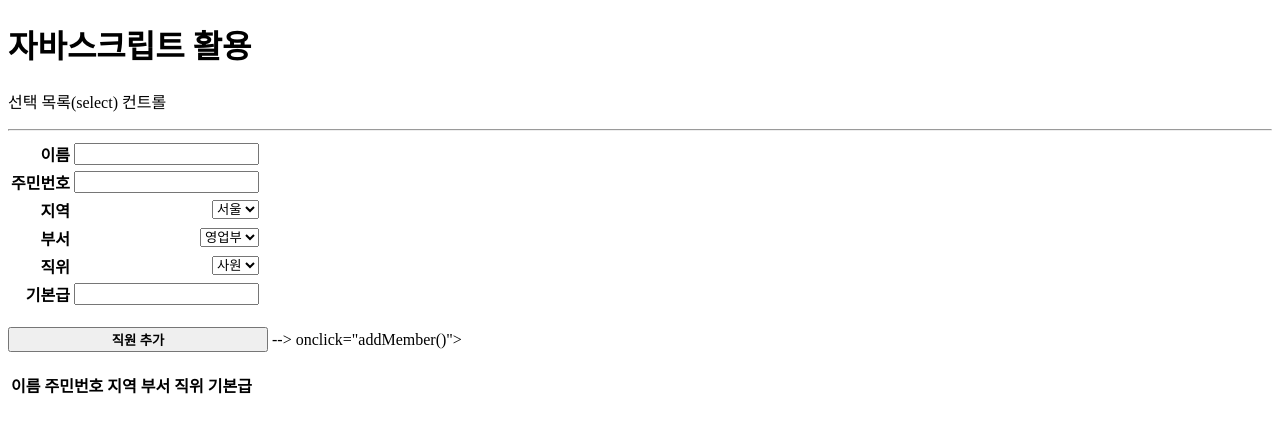
Repository: lolsoyeon/WebStudy
Page: WebApp03/WebContent/Test030.html
An editor plug-in stored every save of this project. The page is shown before and after the next save, followed by the edit.
The browser window is 1280 px wide. The pictures show the whole page.

Above is the page before, as saved 2022-10-06 02:34:55.

After the next save:
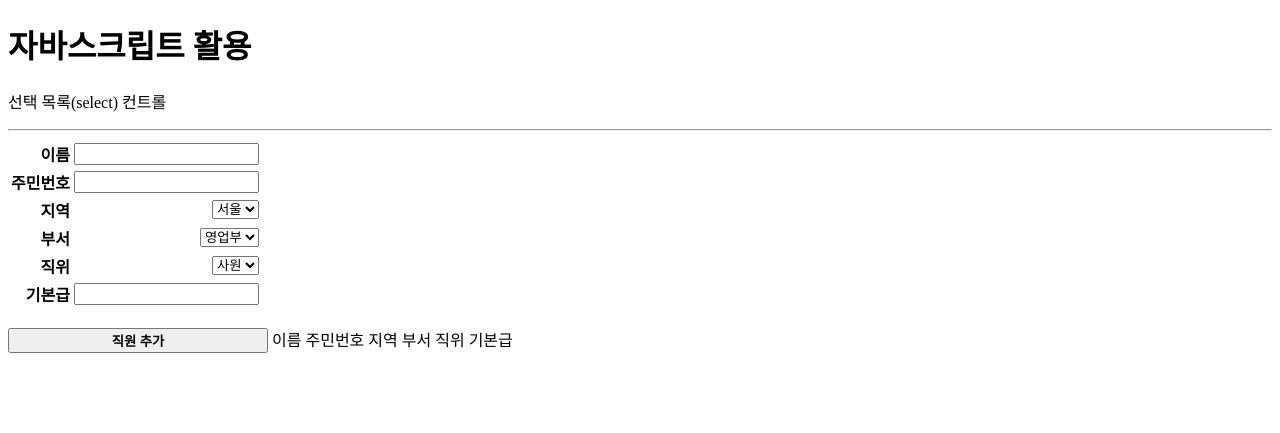
Console error (its wording comes from the project's code and is left out).
Saved 60 s later.
--- a/WebApp03/WebContent/Test030.html
+++ b/WebApp03/WebContent/Test030.html
@@ -165,9 +165,12 @@
 		</table>
 		<br>
 
-		<input type="button" class="btn" id="btnAdd" value="직원 추가"
-<!-- 		onclick="selectTest()"> -->
-		onclick="addMember()">
+<!-- 		<input type="button" class="btn" id="btnAdd" value="직원 추가"
+    		onclick="selectTest()"> -->
+
+			<input type="button" class="btn" id="btnAdd" value="직원 추가"
+			onclick="addMember()>
+
 		<br><br>
 
 		<table id="memberList">

After the 3 saves that followed:
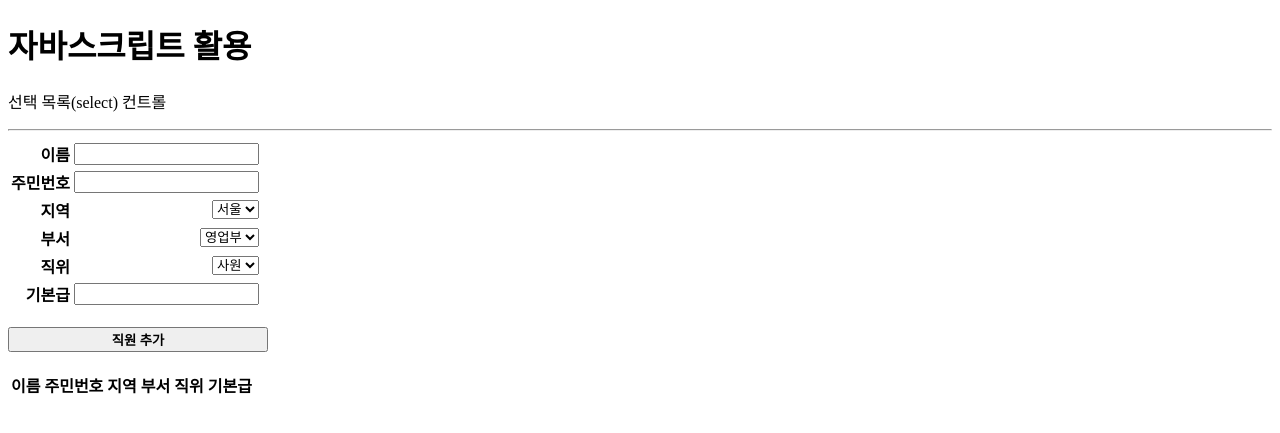
The error is gone.
The 3 saves are shown as one change because 1 left the picture as it was and some came seconds apart.
The last was saved 5 min 21 s later.
--- a/WebApp03/WebContent/Test030.html
+++ b/WebApp03/WebContent/Test030.html
@@ -81,9 +81,16 @@
 		alert(positionMessage);
 
 	}
-	// 직원 추가
+	// 직원 추가 되도록 한다
+	// 이름, 주민번호, 기본급을 입력하면 밑에 테이블에 이름, 주민번호, 기본급이 출력된다....
+
 	function addMember()
 	{
+		var name = document.getElementById("userName").value;
+		var ssn = document.getElementById("userSsn").value;
+		var basicpay = document.getElementById("userBasicpay").value;
+
+
 
 	}
 
@@ -169,7 +176,7 @@
     		onclick="selectTest()"> -->
 
 			<input type="button" class="btn" id="btnAdd" value="직원 추가"
-			onclick="addMember()>
+			onclick="addMember()">
 
 		<br><br>
 
